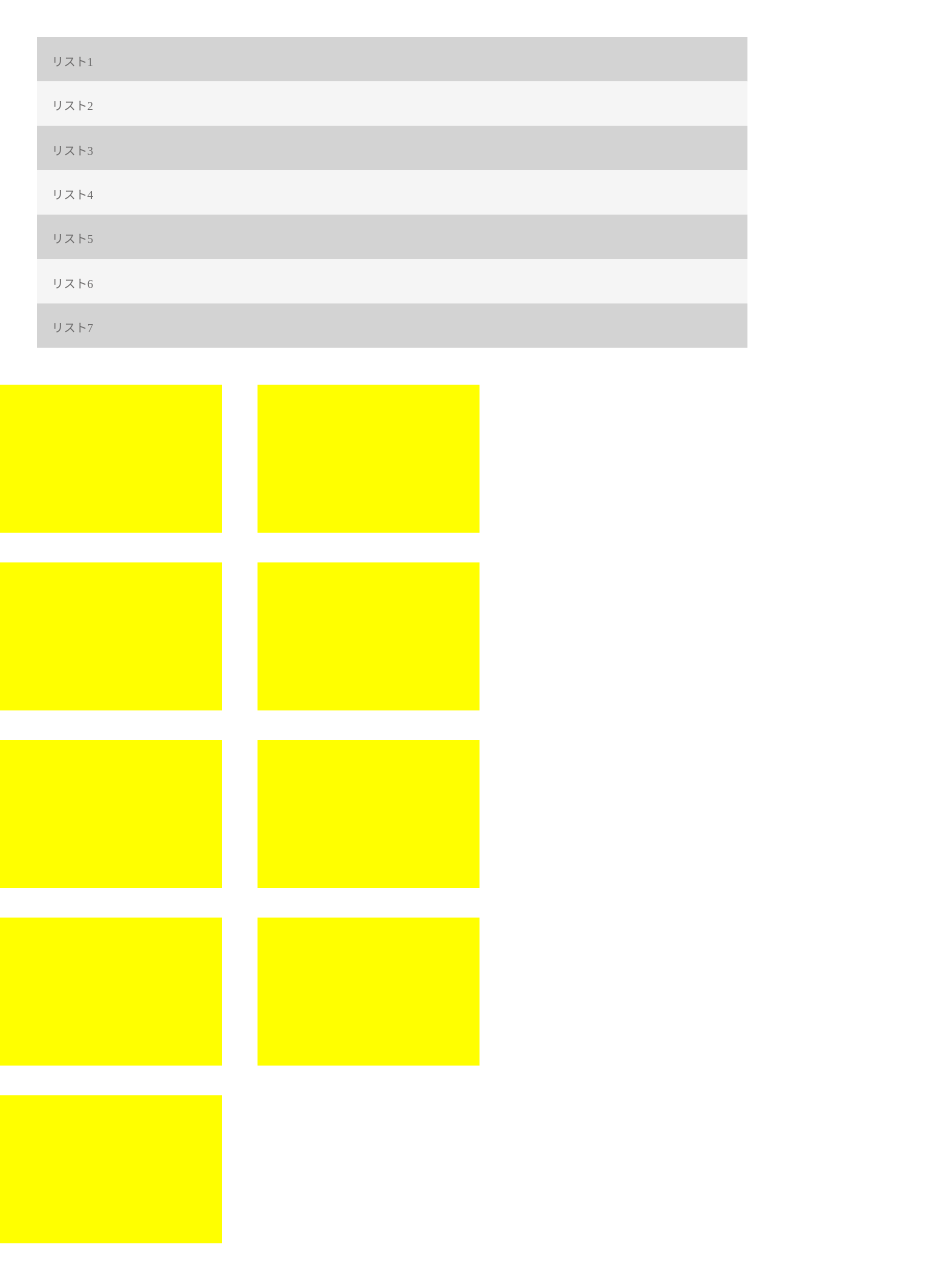
Repository: t-sato-infratop/environment
Page: chapter8_exercise/chapter8_exercise.html
The author's editor kept a record of every edit. The page is drawn from the files as they stood at one moment, then again after the next edit.
The browser window is 1280 px wide. The pictures show the whole page, at 74% of full size.

Above is the page before.

After the next edit:
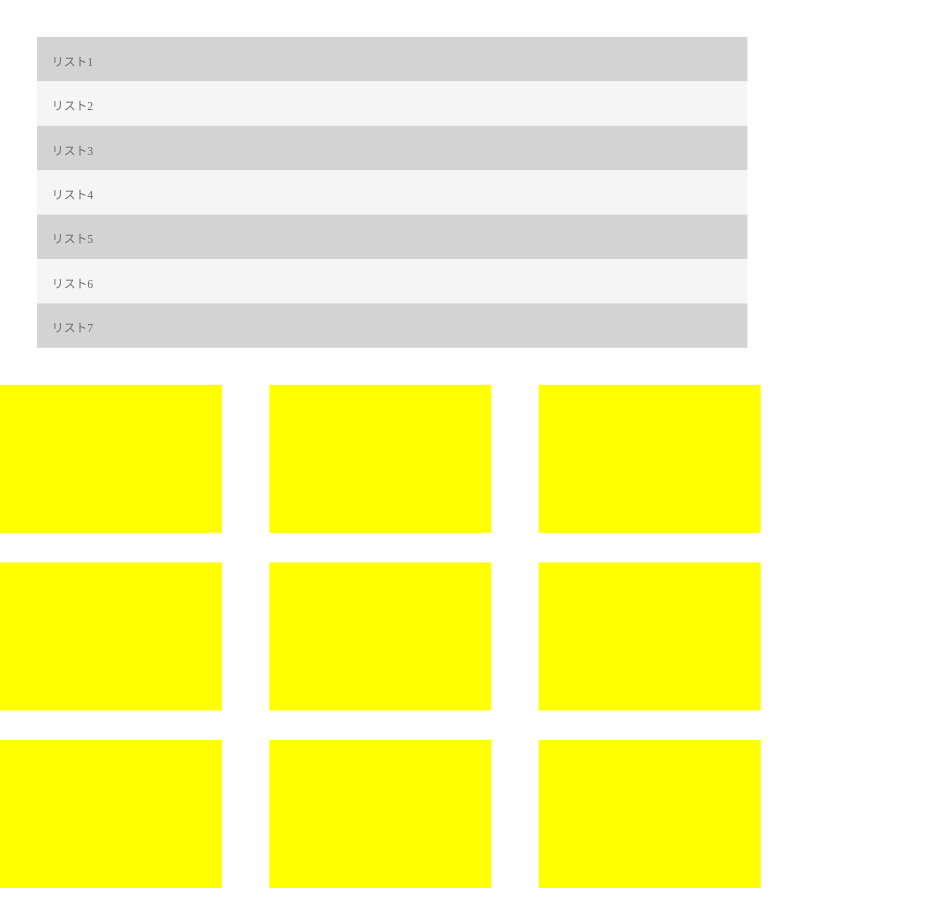
The edit:
--- a/chapter8_exercise/chapter8_exercise.css
+++ b/chapter8_exercise/chapter8_exercise.css
@@ -28,8 +28,6 @@
 }
 
 .main-box {
-  width: 960px;
-  margin-top: 50px;
   display: flex;
   flex-wrap: wrap;
 }
